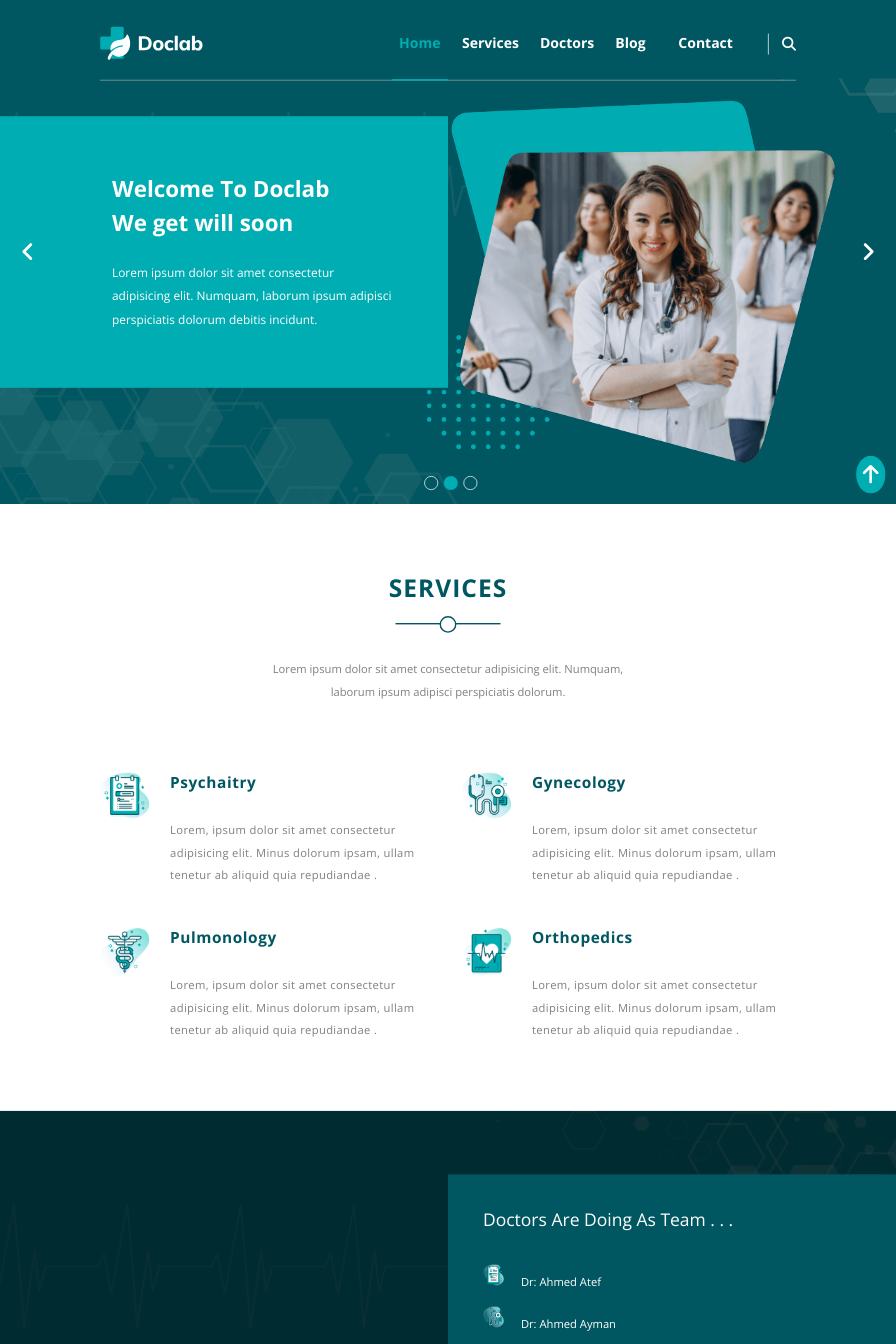
Repository: Ahmed123rezk123/Clinic
Page: index.html
These files come from the project's save history. The page is drawn as it stood at one moment and after a run of saves; the edit follows.
The browser window is 1280 px wide. The pictures show the part of the page from y = 0 to 1920 px (the page is 5771 px tall before and 3714 px after), at 70% of full size.
Some web fonts or font styles are not loaded; a fallback is used.

Above is the page before, as saved 2024-04-18 05:05:03.

### index.html
<!DOCTYPE html>
<html lang="en">
  <head>
    <meta charset="UTF-8" />
    <meta name="viewport" content="width=device-width, initial-scale=1.0" />
    <title>Clinic</title>
    <!-- Render All Elements Normally -->
    <link rel="stylesheet" href="css/normalize.css" />
    <!-- Font Awesome Library -->
    <link rel="stylesheet" href="css/all.min.css" />
    <link rel="stylesheet" href="css/style.css" />
    <!-- Google Fonts -->
    <link rel="preconnect" href="https://fonts.googleapis.com" />
    <link rel="preconnect" href="https://fonts.gstatic.com" crossorigin />
    <link
      href="https://fonts.googleapis.com/css2?family=Edu+TAS+Beginner:wght@500&family=Open+Sans:wght@400;700&display=swap"
      rel="stylesheet"
    />
    <!-- <link href="https://cdn.jsdelivr.net/npm/bootstrap@5.3.2/dist/css/bootstrap.min.css" rel="stylesheet"> -->
  </head>
  <body>
    <!-- Start Header -->
    <header>
      <div class="container" id="top">
        <a href="#" class="logo">
          <img src="images/logo.svg" alt="Logo" />
        </a>
        <nav>
          <i class="fas fa-bars menu"></i>
          <ul>
            <li><a href="#" class="active">Home</a></li>
            <li><a href="#">Services</a></li>
            <li><a href="#">Doctors</a></li>
            <li><a href="#">Blog</a></li>
            <li><a href="#">Contact</a></li>
          </ul>
          <div class="form">
            <i class="fas fa-search"></i>
          </div>
        </nav>
      </div>
    </header>
    <!-- End Header -->
    <!-- Start Landing -->
    <section class="landing">
      <div class="overlay">
        <div class="text">
          <div class="content">
            <h2>
              Welcome To Doclab<br />
              We get will soon
            </h2>
            <p>
              Lorem ipsum dolor sit amet consectetur adipisicing elit. Numquam,
              laborum ipsum adipisci perspiciatis dolorum debitis incidunt.
            </p>
          </div>
        </div>
       <img class="img-doctor" src="images/hero-banner.png" alt="">
      </div>
      <i class="fas fa-angle-left icon1 fa-2x"></i>
      <i class="fas fa-angle-right icon2 fa-2x"></i>
      <ul class="bullets">
        <li></li>
        <li class="active"></li>
        <li></li>
      </ul>
    </section>
    <!-- End Landing -->
    <!-- Start Services -->
    <section class="services">
      <div class="container">
        <div class="main-content">
          <h2>Services</h2>
          <p>
            Lorem ipsum dolor sit amet consectetur adipisicing elit. Numquam,
            laborum ipsum adipisci perspiciatis dolorum.
          </p>
        </div>
        <div class="services-content">
          <div class="div-content">
            <img src="images/icon-1.png" alt="">
            <div class="text">
              <h2>Psychaitry</h2>
              <p>
                Lorem, ipsum dolor sit amet consectetur adipisicing elit. Minus
                dolorum ipsam, ullam tenetur ab aliquid quia repudiandae .
              </p>
            </div>
          </div>
          <div class="div-content">
            <img src="images/icon-2.png" alt="">
            <div class="text">
              <h2>Gynecology</h2>
              <p>
                Lorem, ipsum dolor sit amet consectetur adipisicing elit. Minus
                dolorum ipsam, ullam tenetur ab aliquid quia repudiandae .
              </p>
            </div>
          </div>
          <div class="div-content">
            <img src="images/icon-3.png" alt="">
            <div class="text">
              <h2>Pulmonology</h2>
              <p>
                Lorem, ipsum dolor sit amet consectetur adipisicing elit. Minus
                dolorum ipsam, ullam tenetur ab aliquid quia repudiandae .
              </p>
            </div>
          </div>
          <div class="div-content">
            <img src="images/icon-4.png" alt="">
            <div class="text">
              <h2>Orthopedics</h2>
              <p>
                Lorem, ipsum dolor sit amet consectetur adipisicing elit. Minus
                dolorum ipsam, ullam tenetur ab aliquid quia repudiandae .
              </p>
            </div>
          </div>
        </div>
      </div>
    </section>
    <!-- End Services -->
    <!-- Start Design -->
    <section class="design">
      <div class="overlay">
        <div class="image">
          <!-- <img src="images/mobile.png" alt="" /> -->
        </div>
        <div class="text">
          <div class="content">
            <h2>Doctors Are Doing As Team . . .</h2>
            <div class="div-icon">
              <div class="div-content">
                <img src="images/icon-1.png" alt="">
                <span>Dr: Ahmed Atef</span>
              </div>
              <div class="div-content">
                <img src="images/icon-2.png" alt="">
                <span>Dr: Ahmed Ayman</span>
              </div>
              <div class="div-content">
                <img src="images/icon-3.png" alt="">
                <span>Dr: Ahmed Mostafa</span>
              </div>
              <div class="div-content">
                <img src="images/icon-4.png" alt="">
                <span>Dr: Ahmed Hamdy</span>
              </div>
            </div>
          </div>
        </div>
      </div>
    </section>
    <!-- End Design -->

    <!-- Start Princing -->
    <div class="princing">
      <div class="container">
        <div class="main-content">
          <h2>Blog</h2>
          <p>
            Lorem ipsum dolor sit amet consectetur adipisicing elit. Numquam,
            laborum ipsum adipisci perspiciatis dolorum.
          </p>
        </div>
        <div class="content">
          <div class="basic">
            <div class="head">
              <h3>Psychaitry</h3>
              <span>10</span>
            </div>
            <ul>
              <li>Feature No 1</li>
              <li>Extra Feature</li>
              <li>Extra Feature No 2</li>
              <li>Feature</li>
            </ul>
            <div class="foot">
              <a href="#">Book Now</a>
            </div>
          </div>
          <div class="basic">
            <div class="head">
              <h3>Gynecology</h3>
              <span>20</span>
            </div>
            <ul>
              <li>Feature No 1</li>
              <li>Extra Feature</li>
              <li>Extra Feature No 2</li>
              <li>Feature</li>
            </ul>
            <div class="foot">
              <a href="#">Book Now</a>
            </div>
          </div>

          <div class="basic">
            <div class="head">
              <h3>Pulmonology</h3>
              <span>30</span>
            </div>
            <ul>
              <li>Feature No 1</li>
              <li>Extra Feature</li>
              <li>Extra Feature No 2</li>
              <li>Feature</li>
            </ul>
            <div class="foot">
              <a href="#">Book Now</a>
            </div>
          </div>

          <div class="basic">
            <div class="head">
              <h3>Orthopedics</h3>
              <span>40</span>
            </div>
            <ul>
              <li>Feature No 1</li>
              <li>Extra Feature</li>
              <li>Extra Feature No 2</li>
              <li>Feature</li>
            </ul>
            <div class="foot">
              <a href="#">Book Now</a>
            </div>
          </div>
        </div>
        <p class="parag-content">Contact us if you have special request</p>
        <a href="#" class="lnk">Contact Us</a>
      </div>
    </div>
    <!-- End Princing -->

    <!-- Start Subscribe -->
    <div class="subscribe">
      <div class="container">
        <form action="">
          <i class="far fa-envelope"></i>
          <input type="email" name="mail" placeholder="Your Email" />
          <input type="submit" value="Subscribe" />
        </form>
        <p>
          Curabitur arcu erat, accumsan id imperdiet et, porttitor at sem.
          Mauris blan dit aliquet elit, eget tincidunt.
        </p>
      </div>
    </div>
    <!-- End Subscribe -->
    <!-- Start CONTACT US -->

    <div class="contact">
      <div class="container">
        <div class="main-content">
          <h2>contact us</h2>
          <p>
            Lorem ipsum dolor sit amet consectetur adipisicing elit. Numquam,
            laborum ipsum adipisci perspiciatis dolorum.
          </p>
        </div>
        <div class="content">
          <form action="">
            <input
              class="inp"
              type="text"
              name="name"
              placeholder="Your Name"
            />
            <input
              class="inp"
              type="email"
              name="mail"
              placeholder="Your Email"
            />
            <textarea
              class="inp"
              name="message"
              placeholder="Your Message"
            ></textarea>
            <input type="submit" value="Send Message" />
          </form>
          <div class="text">
            <h4>GET IN TOUCH</h4>
            <span class="phone">+00 123.456.789</span>
            <span class="phone">+00 123.456.789</span>

            <h4>WHERE WE ARE</h4>
            <ul>
              <li>Awesome Address 17</li>
              <li>New York, NYC</li>
              <li>123-4567-890</li>
              <li>USA</li>
            </ul>
          </div>
        </div>
      </div>
    </div>
    <!-- End CONTACT US -->

    <!-- Start Footer -->
    <div class="footer">
      <div class="container">
        <img src="images/logo.svg" alt="Logo" />
        <div class="text">
          <h2>We Are Social</h2>
          <a href="#"><i class="fab fa-facebook-f"></i></a>
          <a href="#"><i class="fab fa-twitter"></i></a>
          <a href="#"> <i class="fas fa-home"></i></a>
          <a href="#"><i class="fab fa-linkedin"></i></a>
        </div>
        <p>&copy; 2024 <span>Clinic</span> All Right Reserved</p>
      </div>
    </div>
    <!-- End Footer -->
    <a href="#top" class="up"><i class="fas fa-arrow-up"></i></a>
  </body>
</html>

Loaded but not shown: css/normalize.css (library); css/all.min.css (library); css/style.css (991 lines, source omitted)

After the next 3 saves:
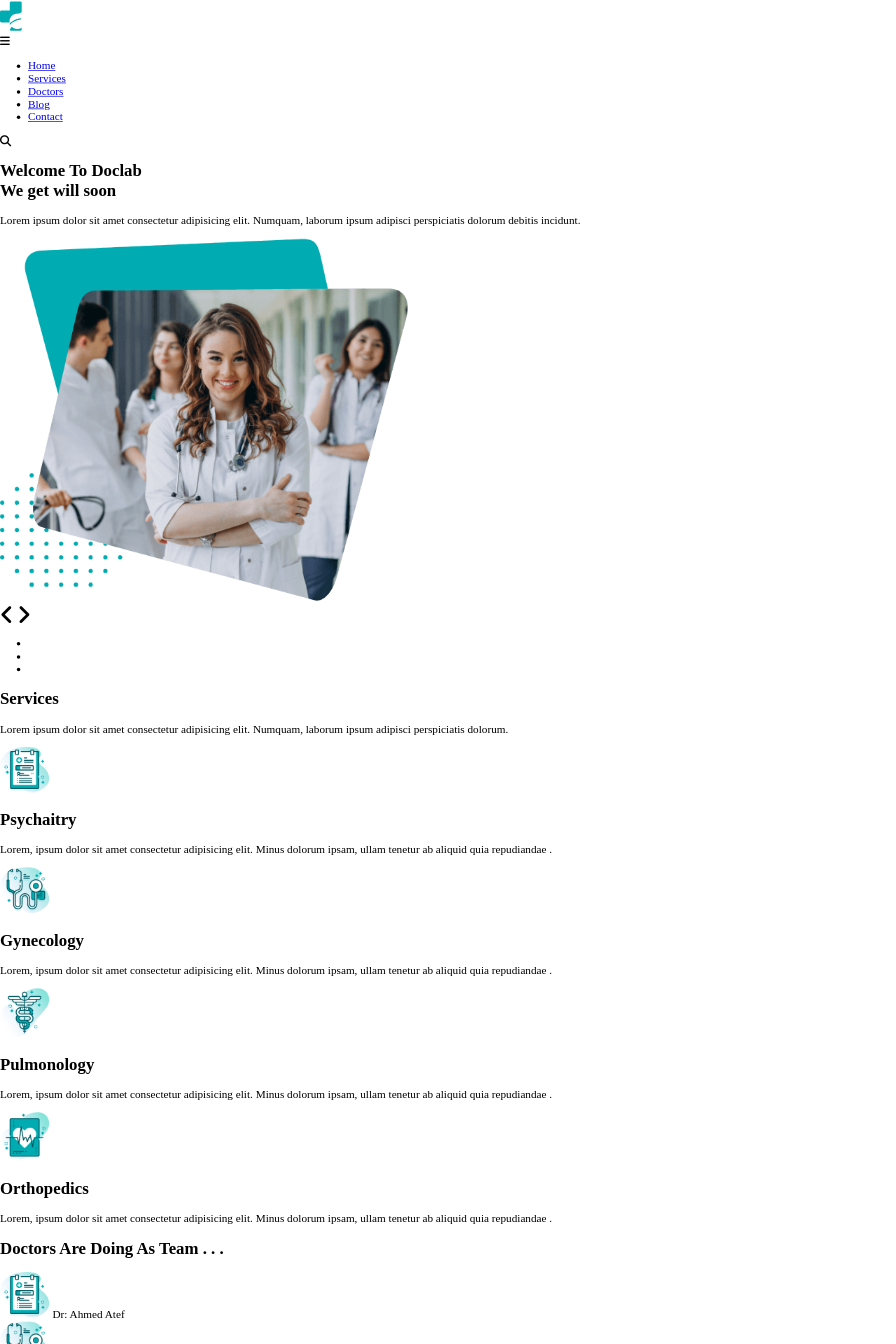
The 3 saves are shown as one change because they came seconds apart.
The last was saved 12 s later.
--- a/index.html
+++ b/index.html
@@ -4,12 +4,8 @@
     <meta charset="UTF-8" />
     <meta name="viewport" content="width=device-width, initial-scale=1.0" />
     <title>Clinic</title>
-    <!-- Render All Elements Normally -->
     <link rel="stylesheet" href="css/normalize.css" />
-    <!-- Font Awesome Library -->
     <link rel="stylesheet" href="css/all.min.css" />
-    <link rel="stylesheet" href="css/style.css" />
-    <!-- Google Fonts -->
     <link rel="preconnect" href="https://fonts.googleapis.com" />
     <link rel="preconnect" href="https://fonts.gstatic.com" crossorigin />
     <link

After the save that followed:
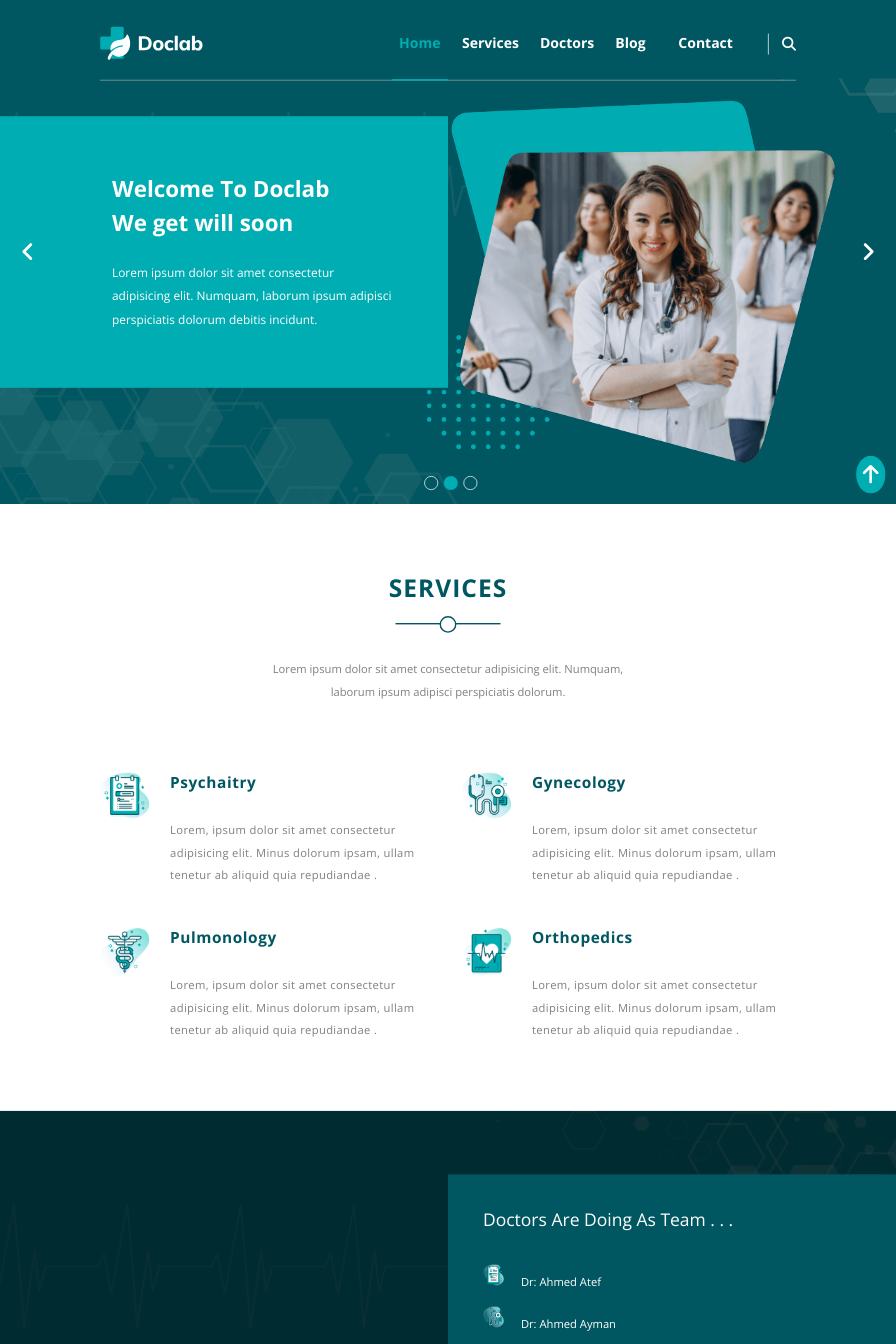
Saved 20 s later.
--- a/index.html
+++ b/index.html
@@ -4,8 +4,13 @@
     <meta charset="UTF-8" />
     <meta name="viewport" content="width=device-width, initial-scale=1.0" />
     <title>Clinic</title>
+    <!-- Render All Elements Normally -->
     <link rel="stylesheet" href="css/normalize.css" />
+    <!-- Font Awesome Library -->
     <link rel="stylesheet" href="css/all.min.css" />
+    <!-- Main Temlate css file -->
+    <link rel="stylesheet" href="css/style.css" />
+    <!-- Google Fonts -->
     <link rel="preconnect" href="https://fonts.googleapis.com" />
     <link rel="preconnect" href="https://fonts.gstatic.com" crossorigin />
     <link
